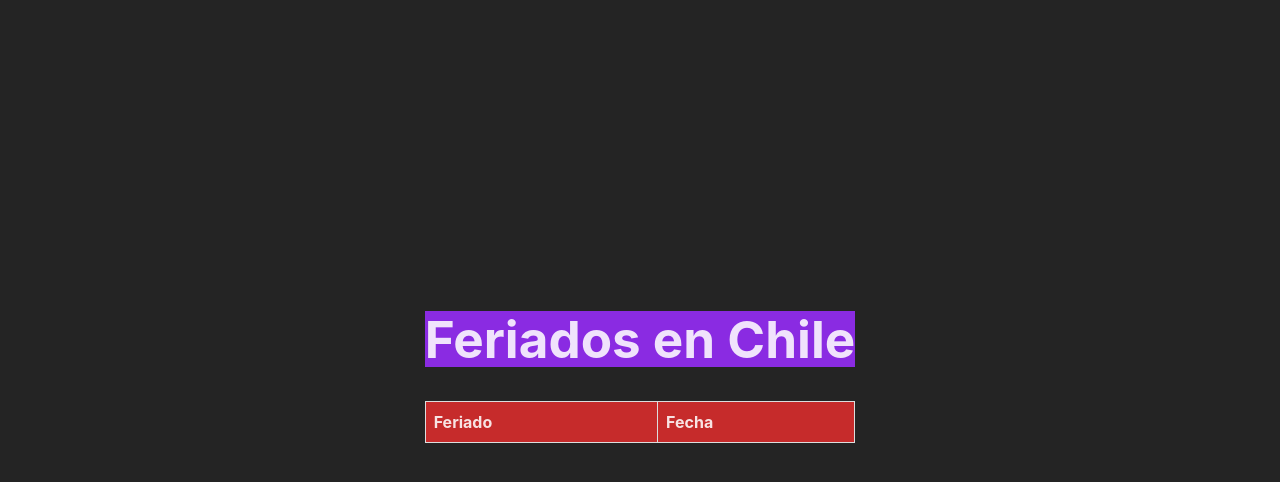
Repository: cvalenciapatagonia/Desafio-4-React-I
Page: /
The author's editor kept a copy of each file at every save. The page is drawn from the files as they stood at one save, then again after the next save.
The browser window is 1280 px wide. The pictures show the whole page.
The page's requests for data from a server got no answer. The project was rebuilt for these pictures with package versions that can differ from the ones it lists, and the page was loaded fresh each time. No one was signed in, and anything a server would have sent is missing. Also part of the build but not shown: vite.config.js.

Above is the page before, as saved 2023-09-07 13:12:25.

### index.html
<!doctype html>
<html lang="en">
  <head>
    <meta charset="UTF-8" />
    <link rel="icon" type="image/svg+xml" href="/vite.svg" />
    <meta name="viewport" content="width=device-width, initial-scale=1.0" />
    <title>Desafio 4 React I</title>
  </head>
  <body>
    <div id="root"></div>
    <script type="module" src="/src/main.jsx"></script>
  </body>
</html>

### src/App.jsx
import React from 'react';
import './App.css';
import MiApi from './components/MiApi'; // Importa el componente MiApi

function App() {
  return (
    <div className="App">
      <MiApi apiURL="https://api.victorsanmartin.com/feriados/en.json" /> {/* Pasa la URL de la API como prop al componente MiApi */}
    </div>
  );
}

export default App;














































// function App() {

//   return (
//     <>
//       <h1>Hola</h1>

//     </>
//   )
// }

// export default App

//? EJEMPLO CONTADOR CON SIDE EFFECT

// import { useState, useEffect } from 'react'
// import './App.css'
// function App() {
// const [count, setCount] = useState(0)
// // Similar to componentDidMount and componentDidUpdate:
// useEffect(() => {
// // Update the document title using the browser API
// document.title = `You clicked ${count} times`
// })
// return (
// <>
// <p>You clicked {count} times</p>
// <button onClick={() => setCount(count + 1)}>Click me</button>
// </>
// )
// }
// export default App

//? EJEMPLO SIN SIDE EFFECT

// import { useState, useEffect } from 'react'
// function App() {
// const [nombre, setNombre] = useState("");
// useEffect(() => {
//     console.log("hola")
//     }, [])

// return (
// <div className="App">
// <h1>Manejo de efectos en react</h1>
// <form>
// <input
// type="text"
// placeholder="nombre"
// name={nombre}
// value={nombre}
// onChange={(e) => setNombre(e.target.value)}
// />
// </form>
// </div>
// );
// }
// export default App

//? EJEMPLO API GOT

// import { useState, useEffect } from "react";
// import "bootstrap/dist/css/bootstrap.min.css";


// function App() {
// // 3 - info guardará los valores traídos desde la API
// const [info, setInfo] = useState([]);
// // 2 - Llamamos a la función consultarApi al momento de montar el componente
// useEffect(() => {
// consultarApi();
// }, []);
// // 1 - Función que consulta la API
// const consultarApi = async () => {
// const url = "https://api.gameofthronesquotes.xyz/v1/random";
// const response = await fetch(url);
// const data = await response.json();
// setInfo(`${data.sentence} - ${data.character.name}`); // Con setInfo actualizamos el estado
// };
// return (
// <>
// {/* Mostramos la info */}
// {info}
// </>
// );
// }
// export default App;

//? EJEMPLO USEREF (evita una nueva renderizacion de componenta, tal como lo hace use state)

// import { useRef} from 'react'
// import { useEffect } from "react";

// import './App.css'
// import "bootstrap/dist/css/bootstrap.min.css";

// function App() {
// // Creamos una referencia utilizando useRef() y la asignamos a la
// // constante inputRef, esta referencia permitirá acceder al elemento del DOM correspondiente al campo de entrada
// const inputRef = useRef()
// useEffect(() => {
//     // Dentro de esta función, llamamos a la referencia inputRef.current
// // para tener acceso directo al elemento actual al que se está haciendo referencia e invocamos al método focus()
// inputRef.current.focus();
// }, []);
// return (
// <>
// <h1>Ejemplo useRef - Focus automático</h1>
// {/* // El atributo ref={inputRef} asigna la referencia al campo de entrada, esto permitirá acceder a él y aplicar el enfoque. */}
// <input type="text" placeholder="Nombre" ref={inputRef}/>
// <input type="text" placeholder="Correo electrónico" />
// <input type="text" placeholder="Teléfono" />
// </>
// )
// }
// export default App;

//? DOM VIRTUAL

//? MANEJO DE EFECTOS

### src/index.css
:root {
  font-family: Inter, system-ui, Avenir, Helvetica, Arial, sans-serif;
  line-height: 1.5;
  font-weight: 400;

  color-scheme: light dark;
  color: rgba(255, 255, 255, 0.87);
  background-color: #242424;

  font-synthesis: none;
  text-rendering: optimizeLegibility;
  -webkit-font-smoothing: antialiased;
  -moz-osx-font-smoothing: grayscale;
  -webkit-text-size-adjust: 100%;
}

a {
  font-weight: 500;
  color: #646cff;
  text-decoration: inherit;
}
a:hover {
  color: #535bf2;
}

body {
  margin: 0;
  display: flex;
  place-items: center;
  justify-content: center;
  min-width: 320px;
  min-height: 100vh;
}

h1 {
  font-size: 3.2em;
  line-height: 1.1;
}

table {
  width: 100%;
  border-collapse: collapse;
}

table th, table td {
  text-align: start;
  padding: 8px;
  border: 1px solid #ddd;
}

/* Estilos adicionales si los necesitas */
table th {
  background-color: rgb(198, 43, 43);
  font-weight: bold;
}

h1{
  background-color: blueviolet;
}

### src/components/MiApi.jsx
import React, { useEffect, useState } from 'react';

function MiApi({ apiURL }) {
  const [holidays, setHolidays] = useState([]);

  useEffect(() => {
    // Realizar una solicitud GET a la API de feriados de Chile
    fetch(apiURL)
      .then((response) => response.json())
      .then((data) => {
        if (data.status === 'success') {
          setHolidays(data.data);
        }
      })
      .catch((error) => {
        console.error('Error al obtener datos de la API de feriados de Chile:', error);
      });
  }, [apiURL]); // Agrega apiURL como una dependencia

  return (
    <div className="MiApi">
      <h1>Feriados en Chile</h1>
      <table>
        <thead>
          <tr>
            <th>Feriado</th>
            <th>Fecha</th>
          </tr>
        </thead>
        <tbody>
          {holidays.map((holiday) => (
            <tr key={holiday.date}>
              <td>{holiday.title}</td>
              <td>{holiday.date}</td>
            </tr>
          ))}
        </tbody>
      </table>
    </div>
  );
}

export default MiApi;

Loaded but not shown: src/main.jsx (common file); src/App.css (common file)

After the next save:
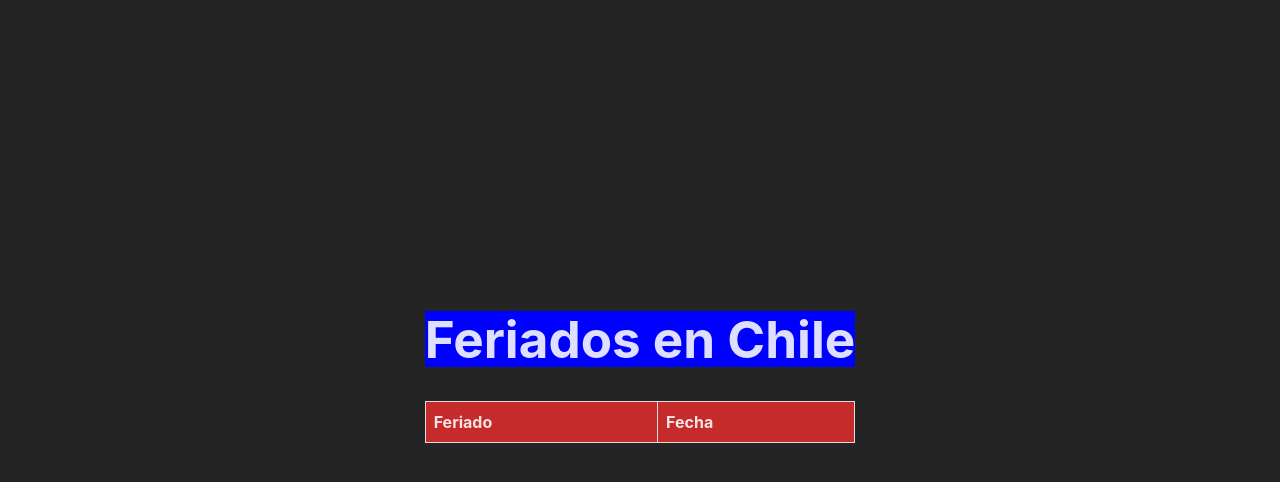
Saved 10 s later.
--- a/src/index.css
+++ b/src/index.css
@@ -55,5 +55,4 @@ table th {
 }
 
 h1{
-  background-color: blueviolet;
-}
+background-color: blue;}
